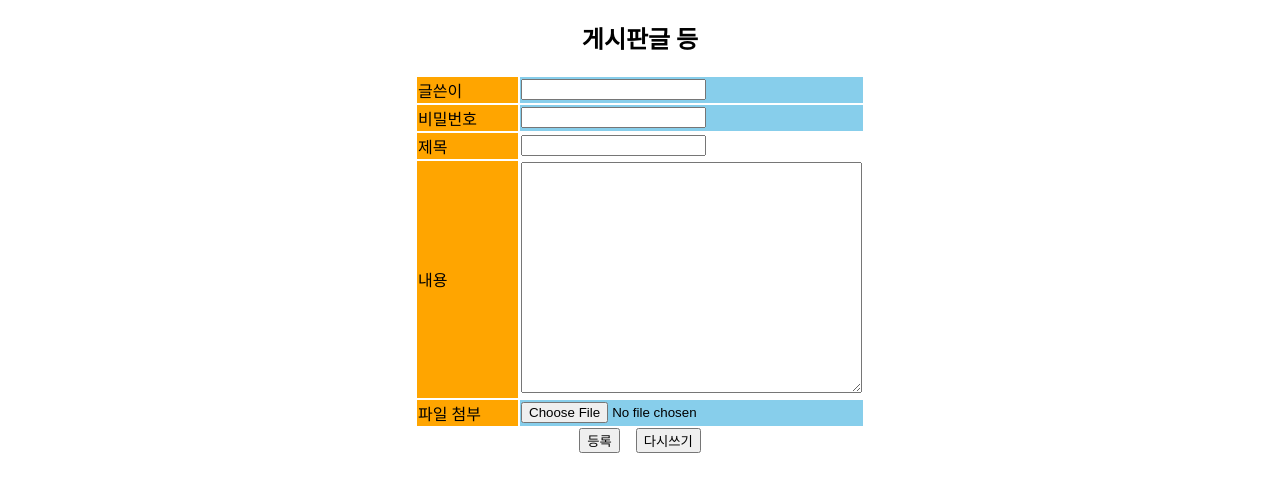
Repository: ReadStar/Jsp_MVC
Page: http://localhost/MVC_Board/board/qna_board_write.jsp
The author's editor kept a copy of each file at every save. The page is drawn from the files as they stood at one save, then again after the next save.
The browser window is 1280 px wide. The pictures show the whole page.
The page is served by Tomcat 9. Other server files are loaded and not shown.

Above is the page before, as saved 2020-11-10 02:00:43.

### MVC_Board/WebContent/board/qna_board_write.jsp
<%@ page language="java" contentType="text/html; charset=UTF-8"
    pageEncoding="UTF-8"%>
<!DOCTYPE html>
<html>
<head>
<meta charset="UTF-8">
<title>MVC 게시판</title>
<style type="text/css">
#registForm{
width: 500px;
height: 610px;
border: 1px solid red;
margin: auto;
}

h2{
	text-align: center;
}

table{
	margin: auto;
	width: 450px;
}

.td_left{
	width: 150px;
	background: orange;
}

.td_right{
	width: 300px;
	background: skyblue;
}

#commandCell{
	text-align: center;
}
</style>
</head>
<body>
	<!-- 게시판 등록-->
	<section id="writeForm">
		<h2>게시판글 등</h2>
		<form action="BoardWritePro.bo" method="post"
			enctype="multipart/form=data" name="boardform">
			<table>
				<tr>
					<td class="td_left"><label for="board_name">글쓴이</label></td>
					<td class="td_right"><input type="text" name="board_name" id="board_name" required="required"/></td>
				</tr>
				<tr>
					<td class="td_left"><label for="board_pass">비밀번호</label></td>
					<td class="td_right"><input name="board_pass" type="password" id="board_pass" required="required"/></td>
				</tr>
				<tr>
					<td class="td_left"><label for="board_subject">제목</label></td>
					<td class="td_rifht"><input name="board_subject" type="text" id="board_subject" required="required"/></td>
				</tr>
				<tr>
					<td class="td_left"><label for="board_content">내용</label></td>
					<td><textarea id="board_content" name="board_content" cols="40" rows="15" required="required"></textarea></td>
				</tr>
				<tr>
					<td class="td_left"><label for="board_file">파일 첨부</label></td>
					<td class="td_right"><input name="board_file" type="file" id="board_file" required="required"/></td>
				</tr>
			</table>
			<section id="commandCell">
					<input type="submit" value="등록">&nbsp; &nbsp;
					<input type="reset" value="다시쓰기"/>
			</section>
			</form>
	</section>
	<!-- 게시판 등록 -->
</body>
</html>

After the next save:
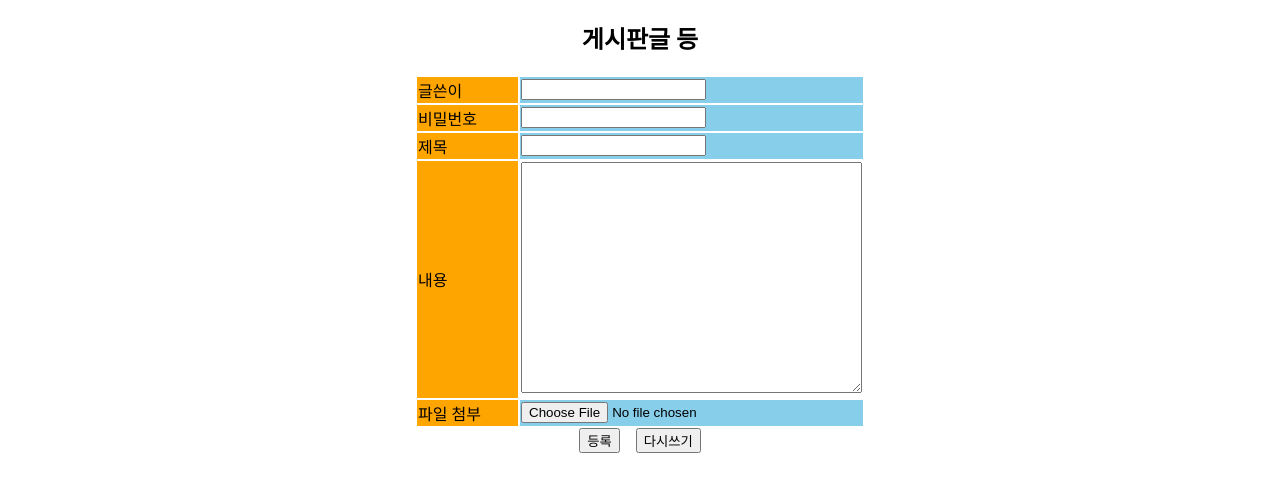
Saved 5 s later.
--- a/MVC_Board/WebContent/board/qna_board_write.jsp
+++ b/MVC_Board/WebContent/board/qna_board_write.jsp
@@ -54,7 +54,7 @@ table{
 				</tr>
 				<tr>
 					<td class="td_left"><label for="board_subject">제목</label></td>
-					<td class="td_rifht"><input name="board_subject" type="text" id="board_subject" required="required"/></td>
+					<td class="td_right"><input name="board_subject" type="text" id="board_subject" required="required"/></td>
 				</tr>
 				<tr>
 					<td class="td_left"><label for="board_content">내용</label></td>
